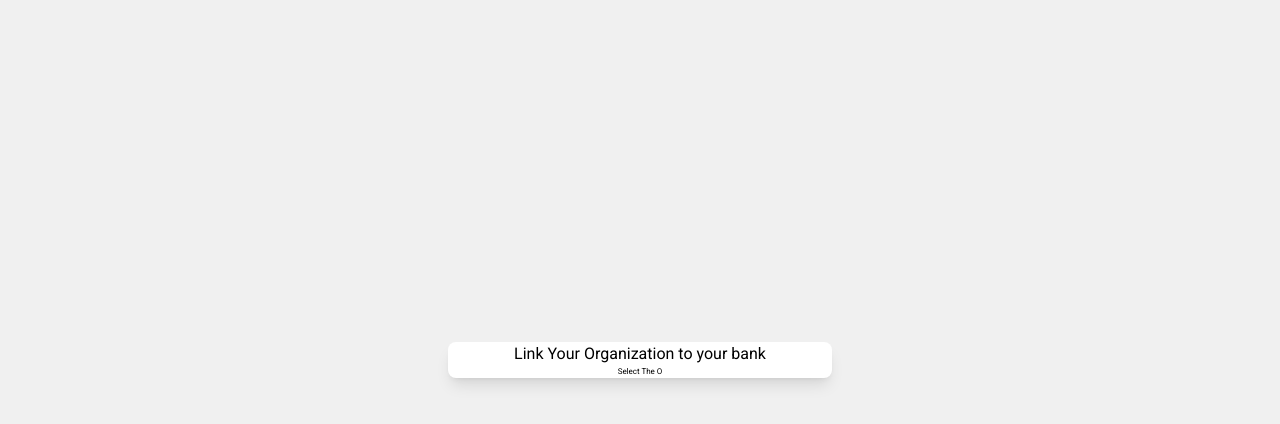
Repository: Nathan-spec/link_to_org
Page: /
An editor plug-in stored every save of this project. The page is shown before and after the next save, followed by the edit.
The browser window is 1280 px wide. The pictures show the whole page.
The project was rebuilt for these pictures with package versions that can differ from the ones it lists, and the page was loaded fresh each time. The framework's server and built-in components were replaced by stand-ins that run in the browser. Also part of the build but not shown: next.config.ts.

Above is the page before, as saved 2024-10-25 13:13:23.

### app/page.tsx
import Image from "next/image";
import { Roboto } from 'next/font/google'

const roboto = Roboto({
  subsets: ['latin'],
  weight: '400',
})
export default function Home() {
  return (
    // Background div
    <div
    className={`w-full h-screen flex items-center justify-center ${roboto.className}`}
    style={{ backgroundColor: '#f0f0f0'}}
    >
      <div className={`w-96  bg-white rounded-lg shadow-lg`}>
      {/* Inner card component */}
      <h1 style={{fontSize: '16px', color: 'black', textAlign: 'center', }}>
        Link Your Organization to your bank
      </h1>
      <h3 style={{fontSize: '8px', color: 'black', textAlign: 'center', }}>
        Select The O
      </h3>
      </div>
    </div>
  );
}

Loaded but not shown: app/layout.tsx (common file); app/globals.css (common file); tailwind.config.ts (common file)

After the next save:
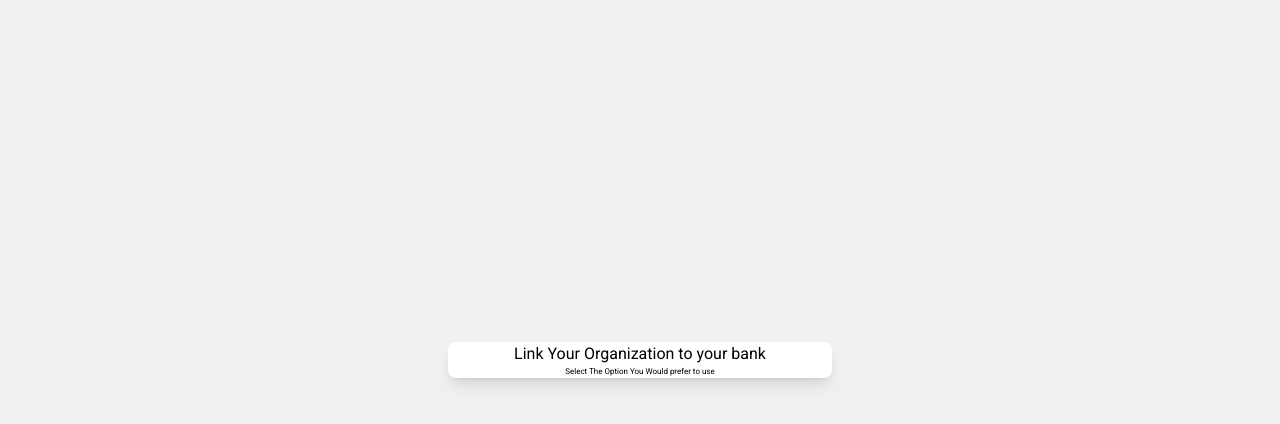
Saved 10 s later.
--- a/app/page.tsx
+++ b/app/page.tsx
@@ -18,7 +18,7 @@ export default function Home() {
         Link Your Organization to your bank
       </h1>
       <h3 style={{fontSize: '8px', color: 'black', textAlign: 'center', }}>
-        Select The O
+        Select The Option You Would prefer to use
       </h3>
       </div>
     </div>
